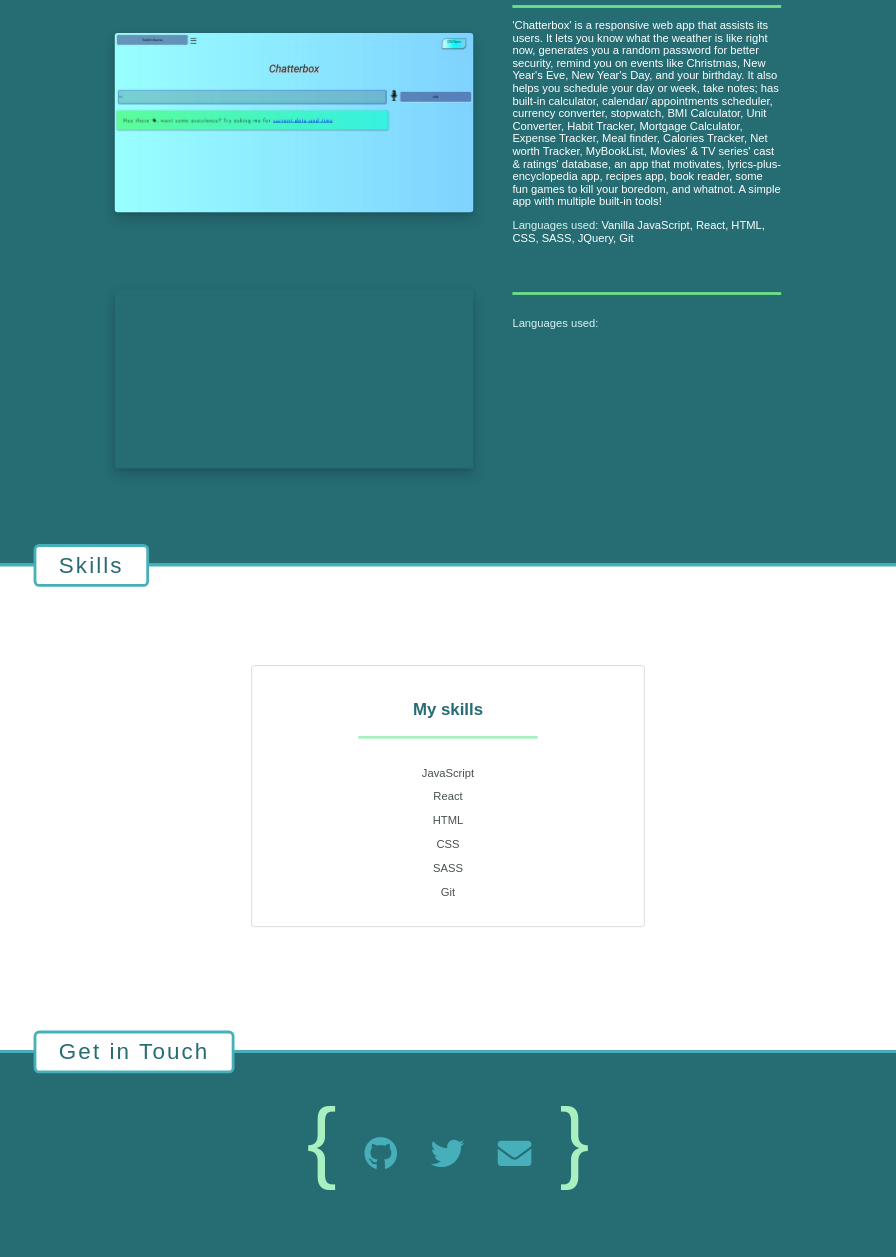
Repository: Abbaskhurram255/port
Page: /
These files come from the project's save history. The page is drawn as it stood at one moment and after the next save; the edit follows.
The browser window is 1280 px wide. The pictures show the part of the page from y = 986 to 2906 px (the page is 2782 px tall before and 2906 px after), at 70% of full size.
The page's requests for data from a server got no answer. Some web fonts or font styles are not loaded; a fallback is used. Some web libraries are served in a nearby version. The project was rebuilt for these pictures with package versions that can differ from the ones it lists, and the page was loaded fresh each time. No one was signed in, and anything a server would have sent is missing.

Above is the page before, as saved 2020-12-03 21:52:00.

### public/index.html
<!DOCTYPE html>
<html lang="en">
  <head>
    <meta charset="utf-8" />
    <meta
      name="viewport"
      content="width=device-width, initial-scale=1, shrink-to-fit=no"
    />
    <meta name="theme-color" content="#000000" />
    <meta property="og:title" content="Alex Puth | Portfolio" />
    <meta
      property="og:description"
      content="A portfolio of web applications by Alex Puth"
    />
    <meta property="og:url" content="https://www.abbaskhurram255.github.io/" />
    <meta property="og:image" content="/images/portfolio-home.jpg" />
    <title>Alex Puth | Portfolio</title>
    <link
      href="https://fonts.googleapis.com/css?family=Muli:300,400,600,700"
      rel="stylesheet"
    />
    <link
      rel="stylesheet"
      href="https://use.fontawesome.com/releases/v5.4.2/css/all.css"
      integrity="sha384-/rXc/GQVaYpyDdyxK+ecHPVYJSN9bmVFBvjA/9eOB+pb3F2w2N6fc5qB9Ew5yIns"
      crossorigin="anonymous"
    />
  </head>

  <body>
    <noscript>You need to enable JavaScript to run this app.</noscript>
    <div id="root"></div>
  </body>
</html>

### src/index.tsx
import React from "react";
import ReactDOM from "react-dom";
import App from "./App";
import * as serviceWorker from "./serviceWorker";
import "./styles/styles.scss";

ReactDOM.render(<App />, document.getElementById("root"));

// If you want your app to work offline and load faster, you can change
// unregister() to register() below. Note this comes with some pitfalls.
// Learn more about service workers: http://bit.ly/CRA-PWA
serviceWorker.unregister();

### src/App.tsx
import * as React from "react";
import Contact from "./components/Contact";
import Home from "./components/Home";
import Navbar from "./components/Navbar";
import RecentWork from "./components/RecentWork";
import Skills from "./components/Skills";

class App extends React.Component {
  public render() {
    return (
      <div>
        <Navbar />
        <Home />
        <RecentWork />
        <Skills />
        <Contact />
      </div>
    );
  }
}

export default App;

### src/styles/styles.scss
@import "./base/settings";
@import "./base/base";
@import "./components/navbar";
@import "./components/home";
@import "./components/images";
@import "./components/recent-works";
@import "./components/projects";
@import "./components/project";
@import "./components/skills";
@import "./components/skill";
@import "./components/quote";
@import "./components/contact";
@import "./components/social";
@import "./components/section-title";

### src/components/Contact.tsx
import * as React from "react";
import utils from "../utils/constants";
import Social from "./Social";
import Title from "./Title";

const { GITHUB_URL, TWITTER_URL } = utils.social;
const { EMAIL } = utils.contact;

const Contact = () => {
  return (
    <div id="contact" className="contact">
      <Title title="Get in Touch" parentComponent="contact" />
      <div className="contact__social-links">
        <p className="contact__brackets">{"{"}</p>
        <Social socialIcon="fab fa-github" socialUrl={GITHUB_URL} />
        <Social socialIcon="fab fa-twitter" socialUrl={TWITTER_URL} />
        <Social socialIcon="fas fa-envelope" socialUrl={`mailto:${EMAIL}`} />
        <p className="contact__brackets">{"}"}</p>
      </div>
    </div>
  );
};

export default Contact;

### src/components/Home.tsx
import * as React from "react";
import Image from "./Image";
import Text from "./Text";
import Title from "./Title";

const Home = () => {
  return (
    <div className="home">
      <div className="home__text-container">
        <Title
          title="<Alex Puth (aka Khurram) />"
          parentComponent="home"
          subTitle="Front-End Developer"
        />
        <Text parentComponent="home" mobile="" />
      </div>
      <Image
        src="/images/headshot.jpg"
        alt="Headshot of Alex Puth"
        parentComponent="home"
      />
      <Text parentComponent="home" mobile="--mobile" />
    </div>
  );
};

export default Home;

### src/components/Navbar.tsx
import * as React from "react";

interface INavbarState {
  linkClass: string;
  isToggled: boolean;
}

class Navbar extends React.Component {
  public state = {
    isToggled: true,
    linkClass: "navbar__link"
  };

  public toggleNav = () => {
    const { isToggled } = this.state;
    this.setState({ isToggled: !isToggled });
    isToggled
      ? this.setState({ linkClass: "navbar__link--show" })
      : this.setState({ linkClass: "navbar__link" });
  };

  public render() {
    return (
      <div className="navbar">
        <a className="navbar__brand" href="#">
          <p className="navbar__brand-text">AP</p>
        </a>
        <i onClick={this.toggleNav} className="fas fa-bars navbar__hamburger" />
        <div className="navbar__link-box">
          <a className={this.state.linkClass} href="#">
            <p className="navbar__link-text">Home</p>
          </a>

          <a className={this.state.linkClass} href="#recent-works">
            <p className="navbar__link-text">Recent Work</p>
          </a>

          <a className={this.state.linkClass} href="#skills">
            <p className="navbar__link-text">Skills</p>
          </a>

          <a className={this.state.linkClass} href="#contact">
            <p className="navbar__link-text">Contact</p>
          </a>
        </div>
      </div>
    );
  }
}
export default Navbar;

### src/components/RecentWork.tsx
import * as React from "react";
import Projects from "./Projects";
import Title from "./Title";

const RecentWork = () => {
  return (
    <div id="recent-works" className="recent-works">
      <Title title="Recent Work" parentComponent="recent-works" />
      <Projects />
    </div>
  );
};

export default RecentWork;

### src/components/Skills.tsx
import * as React from "react";
import Skill from "./Skill";
import Title from "./Title";

const Skills = () => {
  const technicalSkills: string[] = [
    "JavaScript",
    "React",
    "HTML",
    "CSS",
    "SASS",
    "Git"
  ];

  return (
    <div id="skills" className="skills">
      <Title title={"Skills"} parentComponent="skills" />
      <div className="skills__set-box">
        <Skill title="My skills" skills={technicalSkills} />
      </div>
    </div>
  );
};

export default Skills;

### src/styles/base/_base.scss
html {
  font-size: 62.5%;
  scroll-behavior: smooth;
}

body {
  margin: 0;
  background-color: $white;
}

button {
  cursor: pointer;
}

button:disabled {
  cursor: default;
}

### src/styles/components/images.scss
.home-image-box {
  background: $gradient-1;
  border-radius: $radius-2;
  box-shadow: $shadow-2;
  padding: $size-3;
  @media (min-width: $breakpoint-2) {
    display: block;
    padding: $size-7;
  }
}

.home-image {
  border-radius: $radius-2;
  box-shadow: $shadow-3;
  margin: 0;
  width: 100%;
  @media (min-width: $breakpoint-2) {
    margin-right: -$size-10;
    height: $size-13;
    width: $size-13;
  }
}

### src/styles/components/_recent-works.scss
.recent-works {
  align-items: center;
  background: $primary-7;
  border-top: $size-1 solid $primary-5;
  display: flex;
  flex-direction: column;
  padding-bottom: $size-2;
  @media (min-width: $breakpoint-1) {
    padding-left: 22%;
    padding-right: 22%;
  }
  @media (min-width: $breakpoint-2) {
    padding: 0;
    padding-bottom: $size-8;
  }
}

.recent-works__title-box {
  background: $white;
  border: $size-1 solid $primary-5;
  border-radius: $size-2;
  display: flex;
  flex-direction: column;
  justify-content: center;
  margin-top: -$size-5;
  padding: $size-2;
  @media (min-width: $breakpoint-2) {
    align-self: flex-start;
    margin-left: $size-7;
    margin-top: -$size-6;
    padding: $size-2 $size-6;
  }
}

.recent-works__title {
  color: $primary-7;
  font-family: $header;
  font-size: $size-4;
  font-weight: 400;
  letter-spacing: 0.3rem;
  margin: 0;
  padding: 0;
  @media (min-width: $breakpoint-2) {
    font-size: $size-6;
  }
}

### src/styles/components/_projects.scss
.projects {
  display: flex;
  flex-direction: column;
  justify-content: space-between;
  margin: $size-4 $size-7;
  width: 100%;
  @media (min-width: $breakpoint-2) {
    margin: $size-7;
    width: 100rem;
  }
}

### src/styles/components/_skills.scss
.skills {
  align-items: center;
  border-top: $size-1 solid $primary-5;
  display: flex;
  flex-direction: column;
  padding-bottom: $size-8;
  @media (min-width: $breakpoint-1) {
    padding-left: 20%;
    padding-right: 20%;
  }
  @media (min-width: $breakpoint-2) {
    padding: 0;
    padding-bottom: $size-8;
  }
}

.skills__title-box {
  background: $white;
  border: $size-1 solid $primary-5;
  border-radius: $size-2;
  display: flex;
  flex-direction: column;
  justify-content: center;
  margin-top: -$size-5;
  padding: $size-2;
  @media (min-width: $breakpoint-2) {
    align-self: flex-start;
    margin-left: $size-7;
    margin-top: -$size-6;
    padding: $size-2 $size-6;
  }
}

.skills__title {
  color: $primary-7;
  font-family: $header;
  font-size: $size-4;
  font-weight: 400;
  letter-spacing: 0.3rem;
  margin: 0;
  padding: 0;
  @media (min-width: $breakpoint-2) {
    font-size: $size-6;
  }
}

.skills__set-box {
  display: flex;
  flex-direction: column;
  justify-content: space-around;
  margin: 0;
  width: 100%;
  @media (min-width: $breakpoint-2) {
    flex-direction: row;
    margin: $size-9 $size-7;
    width: 100rem;
  }
}

### src/styles/components/_skill.scss
.skill {
  align-items: center;
  border: 1px solid $gray-3;
  border-radius: $radius-2;
  display: flex;
  flex-direction: column;
  margin: $size-4 auto;
  padding: $size-5;
  width: 80%;
  @media (min-width: $breakpoint-2) {
    margin: $size-4;
    padding: $size-5;
    width: $size-14;
  }
}

.skill__title-box {
  border-bottom: $size-1 solid $secondary-3;
  display: flex;
  justify-content: center;
  padding: 0;
  width: 100%;
  @media (min-width: $breakpoint-2) {
    width: $size-12;
  }
}

.skill__title {
  color: $primary-7;
  font-family: $text;
  font-size: $size-4;
  @media (min-width: $breakpoint-2) {
    font-size: $size-5;
  }
}

.skill__box {
  padding-top: $size-5;
  width: 100%;
}

.skill__name {
  color: $gray-7;
  font-family: $text;
  font-size: $size-4;
  text-align: center;
}

### src/styles/components/_quote.scss
.quote__box {
  display: flex;
  flex-direction: column;
  margin: $size-5 0 $size-8 0;
}

.quote {
  color: $white;
  font-family: $text;
  font-size: $size-3;
  font-style: italic;
  line-height: 2;
  width: 100%;
  @media (min-width: $breakpoint-1) {
    font-size: $size-4;
  }
  @media (min-width: $breakpoint-2) {
    border-left: $size-1 solid $secondary-4;
    font-size: $size-5;
    padding-left: $size-7;
    width: $size-14;
  }
}

.quote__author-details {
  align-self: flex-end;
  padding: $size-2;
}

.quote__author {
  color: $primary-2;
  font-family: $text;
  font-size: $size-2;
  font-weight: 700;
  margin: 0;
  padding: 0;
  @media (min-width: $breakpoint-1) {
    font-size: $size-3;
  }
  @media (min-width: $breakpoint-2) {
    font-size: $size-4;
  }
}

.quote__author-position {
  color: $primary-3;
  font-family: $text;
  font-size: $size-2;
  font-weight: 300;
  margin: 0;
  padding: 0;
  @media (min-width: $breakpoint-1) {
    font-size: $size-3;
  }
  @media (min-width: $breakpoint-2) {
    font-size: $size-4;
  }
}

.quote__author-company {
  color: $primary-3;
  font-family: $text;
  font-size: $size-2;
  margin: 0;
  padding: 0;
  @media (min-width: $breakpoint-1) {
    font-size: $size-3;
  }
  @media (min-width: $breakpoint-2) {
    font-size: $size-4;
  }
}

### src/styles/components/_contact.scss
.contact {
  align-items: center;
  border-top: $size-1 solid $primary-5;
  display: flex;
  flex-direction: column;
  background: #266c73;
}

.contact__title-box {
  background: $white;
  border: $size-1 solid $primary-5;
  border-radius: $size-2;
  display: flex;
  flex-direction: column;
  justify-content: center;
  margin-top: -$size-5;
  padding: $size-2 $size-6;
  @media (min-width: $breakpoint-2) {
    align-self: flex-start;
    margin-left: $size-7;
    margin-top: -$size-6;
  }
}

.contact__title {
  color: $primary-7;
  font-family: $header;
  font-size: $size-4;
  font-weight: 400;
  letter-spacing: 0.3rem;
  margin: 0;
  padding: 0;
  @media (min-width: $breakpoint-2) {
    font-size: $size-6;
  }
}

.contact__social-links {
  display: flex;
  margin: $size-8 0 $size-9 0;
}

.contact__brackets {
  color: $secondary-3;
  font-family: $text;
  font-size: $size-8;
  font-weight: 300;
  line-height: 0.5;
  margin: 0 $size-4;
  padding: 0;
  @media (min-width: $breakpoint-2) {
    display: block;
    font-size: $size-10;
  }
}

### src/styles/components/_social.scss
.social {
  color: $primary-5;
  font-size: $size-5;
  margin: $size-3;
  outline: none;
  transition-property: color, transform;
  transition-duration: 0.1s;
  transition-timing-function: ease;
  @media (min-width: $breakpoint-2) {
    font-size: $size-7;
    margin: $size-5;
  }
}

.social:hover,
.social:focus {
  color: $primary-6;
  transform: scale(1.2);
}

### src/styles/components/_section-title.scss
.section-title__box {
  align-self: flex-start;
  background: $white;
  border: $size-1 solid $primary-8;
  border-radius: $size-2;
  display: flex;
  flex-direction: column;
  justify-content: center;
  margin: -$size-6 0 0 $size-7;
  padding: $size-2 $size-6;
}

.section-title {
  color: $primary-7;
  font-family: $header;
  font-size: $size-6;
  font-weight: 400;
  letter-spacing: 0.3rem;
  margin: 0;
  padding: 0;
}

### src/utils/constants.ts
export default {
  contact: {
    EMAIL: process.env.REACT_APP_EMAIL || "abbaskhuram255@gmail.com"
  },
  social: {
    GITHUB_URL:
      process.env.REACT_APP_GITHUB_URL || "https://github.com/abbaskhurram255",
    TWITTER_URL:
      process.env.REACT_APP_TWITTER_URL || "https://twitter.com/alexputh255",
  }
};

### src/components/Social.tsx
import * as React from "react";

interface ISocialProps {
  socialIcon: string;
  socialUrl: string;
}

const Social = (props: ISocialProps) => {
  const { socialIcon, socialUrl } = props;
  return (
    <a
      href={socialUrl}
      rel="noopener noreferrer"
      className="social"
      target="_blank"
    >
      <i className={socialIcon} />
    </a>
  );
};

export default Social;

### src/components/Title.tsx
import * as React from "react";

interface ITitleProps {
  title: string;
  parentComponent: string;
  subTitle?: string;
}

const Title = (props: ITitleProps) => {
  const { title, subTitle, parentComponent: component } = props;
  return (
    <div className={`${component}__title-box`}>
      <h1 className={`${component}__title`}>{title}</h1>
      {subTitle && <h2 className={`${component}__subtitle`}>{subTitle}</h2>}
    </div>
  );
};

export default Title;

### src/components/Image.tsx
import * as React from "react";

interface IImageProps {
  src: string;
  alt: string;
  parentComponent: string;
}

const Image = (props: IImageProps) => {
  const { src, alt, parentComponent: component } = props;
  return (
    <div className={`${component}-image-box`}>
      <img src={`/Portfolio${src}`} alt={alt} className={`${component}-image`} />
    </div>
  );
};

export default Image;

### src/components/Text.tsx
import * as React from "react";

interface ITextProps {
  parentComponent: string;
  mobile: string;
}

const Text = (props: ITextProps) => {
  const { parentComponent: component, mobile } = props;
  return (
    <div className={`${component}__text-box${mobile}`}>
      <p className={`${component}__text`}>
        Hi, my name is Alex, and I'm a frontend developer. I love using
        functional programming concepts in JavaScript and building web
        applications with it. I'm a coding enthusiast. I've been creating web
        applications since I was 13 - I'm 19 now. It's been my hobby
        since I was a kid, the programming. {" "}
      </p>
      <p className={`${component}__text`}>I'm currently
        trying to get familiar with Vue, and Angular.</p>
    </div>
  );
};

export default Text;

### src/components/Projects.tsx
import * as React from "react";
import { projects } from "../utils/data";
import Project from "./Project";

const Projects = () => (
  <div className="projects">
    {projects.map(project => (
      <Project
        project={project.name}
        projectDescription={project.description}
        projectSourceCode={project.sourceCode}
        projectTools={project.tools}
        projectUrl={project.url}
        image={project.image}
        key={project.name}
      />
    ))}
  </div>
);

export default Projects;

### src/components/Skill.tsx
import * as React from "react";

interface ISkillProps {
  skills: string[];
  title: string;
}

const DeveloperSkills = (props: ISkillProps) => {
  const { skills, title } = props;
  return (
    <div className="skill">
      <div className="skill__title-box">
        <h3 className="skill__title">{title}</h3>
      </div>
      <div className="skill__box">
        {skills.map((skill: string) => (
          <p className="skill__name" key={skill}>
            {skill}
          </p>
        ))}
      </div>
    </div>
  );
};

export default DeveloperSkills;

### src/utils/data.ts

interface IProject {
  description: string;
  image: string;
  name: string;
  sourceCode: string;
  tools: string;
  url: string;
}

export const projects: IProject[] = [
  {
    description:
      "'Chatterbox' is a responsive web app that assists its users. It lets you know what the weather is like right now, generates you a random password for better security, remind you on events like Christmas, New Year's Eve, New Year's Day, and your birthday. It also helps you schedule your day or week, take notes; has built-in calculator, calendar/ appointments scheduler, currency converter, stopwatch, BMI Calculator, Unit Converter, Habit Tracker, Mortgage Calculator, Expense Tracker, Meal finder, Calories Tracker, Net worth Tracker, MyBookList, Movies' & TV series' cast & ratings' database, an app that motivates, lyrics-plus-encyclopedia app, recipes app, book reader, some fun games to kill your boredom, and whatnot. A simple app with multiple built-in tools!",
    image: "meal to list",
    name: "Chatterbox",
    sourceCode: "https://github.com/Abbaskhurram255/Chatterbox/",
    tools: "Vanilla JavaScript, React, HTML, CSS, SASS, JQuery, Git",
    url: "https://abbaskhurram255.github.io/Chatterbox/getting-started"
  },
  {

  }
];

### src/components/Project.tsx
import * as React from "react";

interface IProjectProps {
  image: string;
  project: string;
  projectDescription: string;
  projectTools: string;
  projectSourceCode: string;
  projectUrl: string;
}

const Project = (props: IProjectProps) => {
  const {
    image,
    project,
    projectDescription,
    projectSourceCode,
    projectTools,
    projectUrl
  } = props;
  return (
    <div className="project">
      <div className={`project__image-box project__image-box--${image}`}>
        <div className="project__link-box">
          {projectUrl && (
            <a
              className="project__link"
              href={projectUrl}
              rel="noopener noreferrer"
              target="_blank"
            >
              View Site
            </a>
          )}
          <a
            className="project__link"
            href={projectSourceCode}
            rel="noopener noreferrer"
            target="_blank"
          >
            View Source Code
          </a>
        </div>
      </div>
      <div className="project__info-box">
        <h3 className="project__name">{project}</h3>
        <p className="project__description">{projectDescription}</p>
        <p className="project__description">
          <span className="project__tools-label">Languages used:</span>{" "}
          {projectTools}
        </p>
      </div>
      <div className="project__link-box--mobile">
        {projectUrl && (
          <a
            className="project__link--mobile"
            href={projectUrl}
            rel="noopener noreferrer"
            target="_blank"
          >
            View Site
          </a>
        )}
        <a
          className="project__link--mobile"
          href={projectSourceCode}
          rel="noopener noreferrer"
          target="_blank"
        >
          View Source Code
        </a>
      </div>
    </div>
  );
};

export default Project;

Loaded but not shown: src/serviceWorker.ts (common file); src/styles/components/_project.scss (148 lines, source omitted); src/styles/base/_settings.scss (89 lines, source omitted); src/styles/components/_navbar.scss (137 lines, source omitted); src/styles/components/_home.scss (114 lines, source omitted)

After the next save:
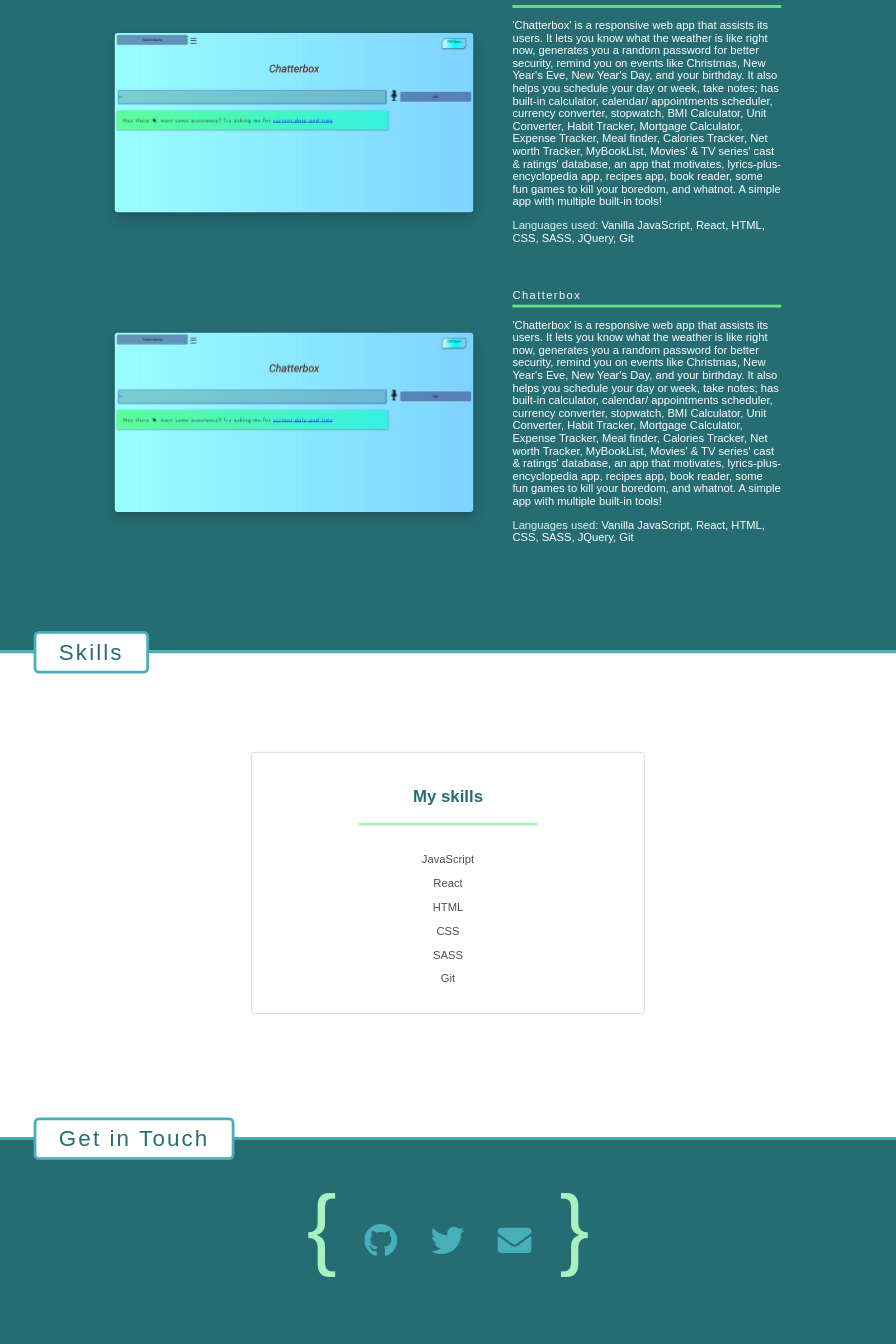
Saved 5 s later.
--- a/src/utils/data.ts
+++ b/src/utils/data.ts
@@ -19,6 +19,12 @@
     url: "https://abbaskhurram255.github.io/Chatterbox/getting-started"
   },
   {
-
+    description:
+      "'Chatterbox' is a responsive web app that assists its users. It lets you know what the weather is like right now, generates you a random password for better security, remind you on events like Christmas, New Year's Eve, New Year's Day, and your birthday. It also helps you schedule your day or week, take notes; has built-in calculator, calendar/ appointments scheduler, currency converter, stopwatch, BMI Calculator, Unit Converter, Habit Tracker, Mortgage Calculator, Expense Tracker, Meal finder, Calories Tracker, Net worth Tracker, MyBookList, Movies' & TV series' cast & ratings' database, an app that motivates, lyrics-plus-encyclopedia app, recipes app, book reader, some fun games to kill your boredom, and whatnot. A simple app with multiple built-in tools!",
+    image: "meal to list",
+    name: "Chatterbox",
+    sourceCode: "https://github.com/Abbaskhurram255/Chatterbox/",
+    tools: "Vanilla JavaScript, React, HTML, CSS, SASS, JQuery, Git",
+    url: "https://abbaskhurram255.github.io/Chatterbox/getting-started"
   }
 ];
